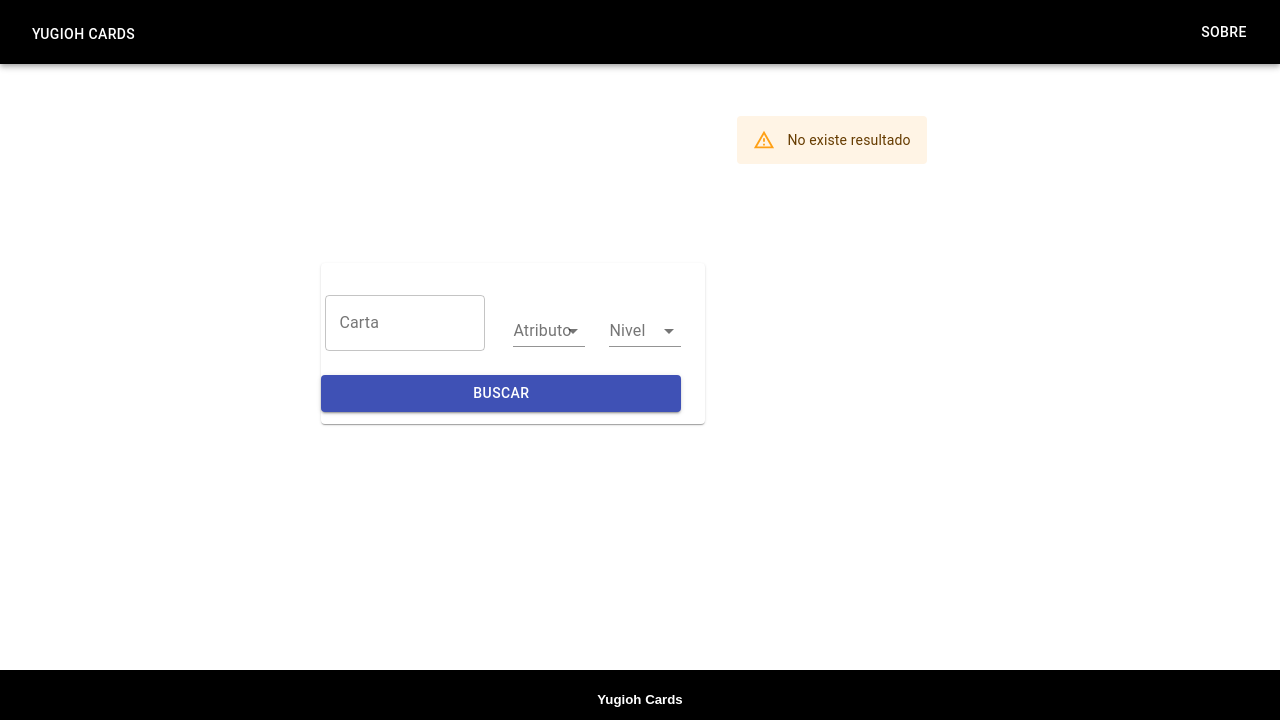
Repository: Skorfate/yugiohCard
Page: /
The author's editor kept a copy of each file at every save. The page is drawn from the files as they stood at one save, then again after the next save.
The browser window is 1280 px wide. The pictures show the whole page.
The project was rebuilt for these pictures with package versions that can differ from the ones it lists, and the page was loaded fresh each time. Also part of the build but not shown: webpack.config.js, src/App.css, src/components/header/header.style.scss.

Above is the page before, as saved 2021-07-19 22:23:39.

After the next save:
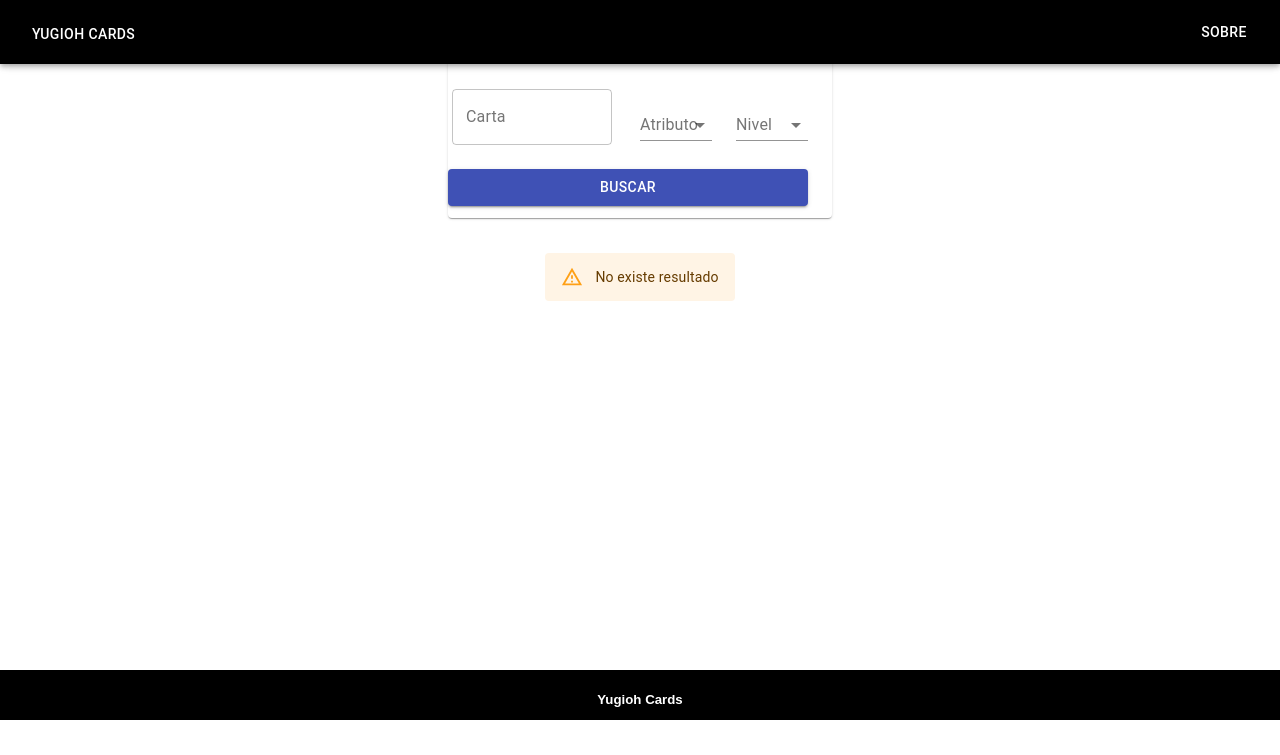
Saved 4 s later.
--- a/src/page/Home/Home.page.jsx
+++ b/src/page/Home/Home.page.jsx
@@ -23,7 +23,7 @@ const Home = () => {
     }*/
 
     return (
-            <Grid container  justify="center" alignItems="center"  direction="row">
+            <Grid container  justify="center" alignItems="center"  direction="column">
                     <Buscador setParametro={setParametro}/>
                     <Box m={4}>
                         {loading &&
